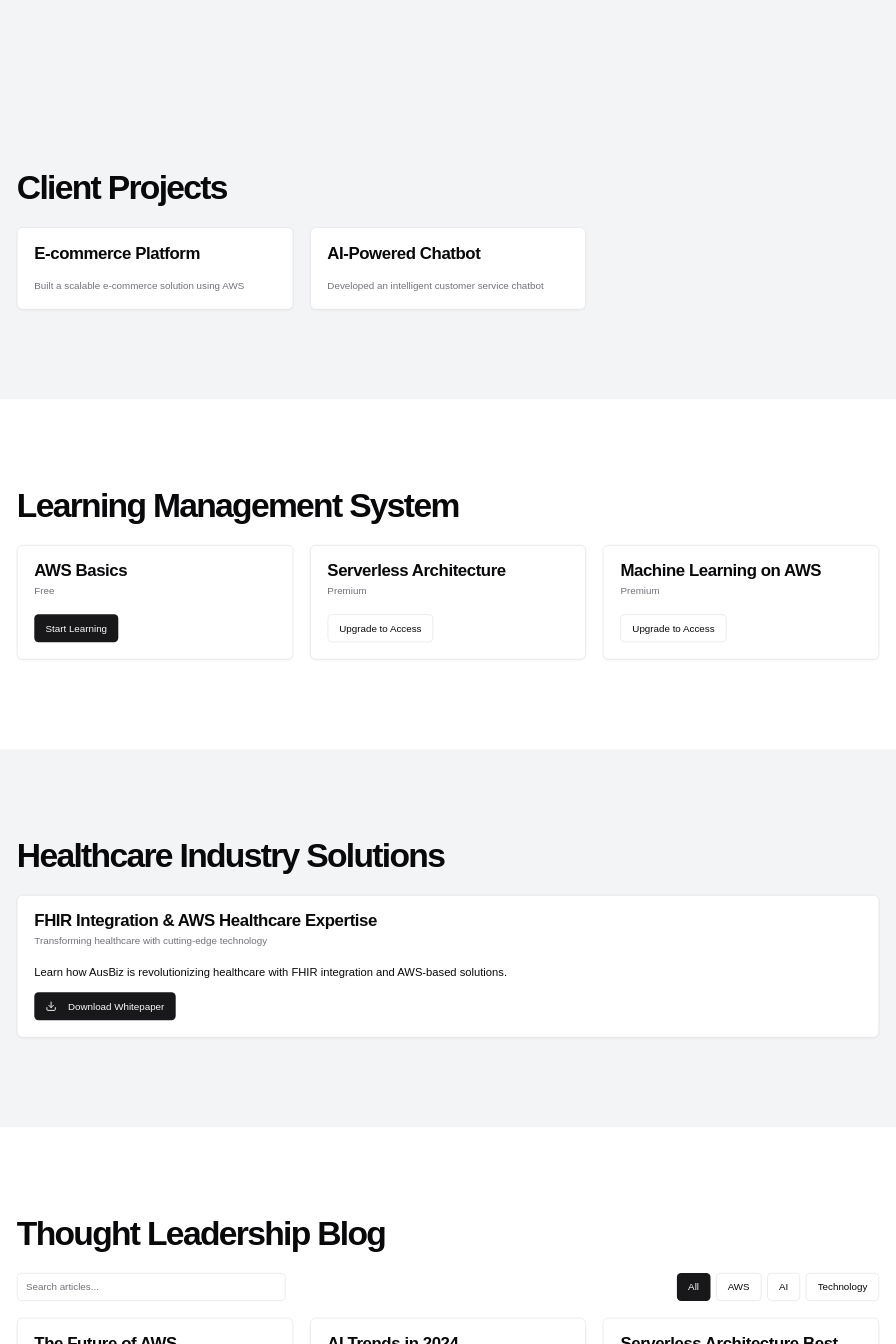
Repository: DiwanMalla/ausbizdemo1
Page: /
An editor plug-in stored every save of this project. The page is shown before and after the next save, followed by the edit.
The browser window is 1280 px wide. The pictures show the part of the page from y = 1938 to 3858 px (the page is 5741 px tall before and 5745 px after), at 70% of full size.
The project was rebuilt for these pictures with package versions that can differ from the ones it lists, and the page was loaded fresh each time. The framework's server and built-in components were replaced by stand-ins that run in the browser. Also part of the build but not shown: next.config.ts.

Above is the page before, as saved 2024-11-09 18:40:08.

After the next save:
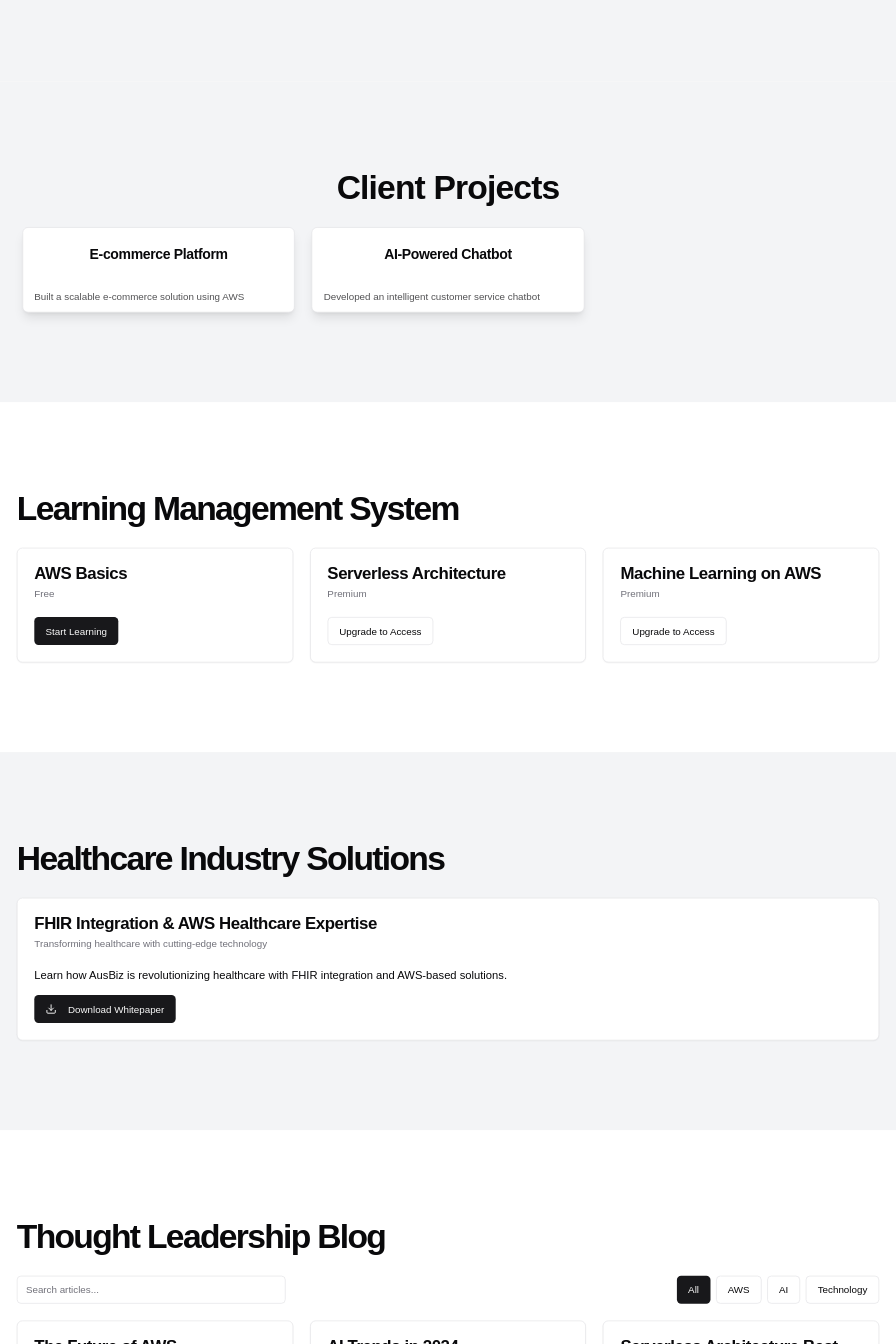
Saved 52 s later.
--- a/components/ClientProject.tsx
+++ b/components/ClientProject.tsx
@@ -29,27 +29,33 @@ export default function ClientProjects() {
 
   return (
     <section className="w-full py-12 md:py-24 lg:py-32 bg-gray-100 dark:bg-gray-800">
-      <div className="container px-4 md:px-6">
-        <h2 className="text-3xl font-bold tracking-tighter sm:text-4xl md:text-5xl mb-8">
+      <div className="container mx-auto px-6 md:px-8">
+        <h2 className="text-3xl font-bold tracking-tight sm:text-4xl md:text-5xl mb-8 text-center text-foreground">
           Client Projects
         </h2>
         <div className="grid gap-6 sm:grid-cols-2 lg:grid-cols-3">
           {projects.map((project, index) => (
             <Card
               key={index}
-              className="cursor-pointer"
+              className="cursor-pointer rounded-lg bg-white shadow-lg hover:shadow-xl transition-all duration-300 transform hover:scale-105"
               onClick={() => setExpandedProject(index)}
             >
-              <CardHeader>
-                <CardTitle>{project.title}</CardTitle>
+              <CardHeader className="p-6 text-center">
+                <CardTitle className="text-xl font-semibold">
+                  {project.title}
+                </CardTitle>
               </CardHeader>
-              <CardContent>
-                <CardDescription>{project.description}</CardDescription>
+              <CardContent className="px-4 py-3">
+                <CardDescription className="text-sm text-foreground/70">
+                  {project.description}
+                </CardDescription>
                 {expandedProject === index && (
                   <div className="mt-4">
-                    <p>{project.details}</p>
+                    <p className="text-sm text-foreground/80">
+                      {project.details}
+                    </p>
                     <Button
-                      className="mt-2"
+                      className="mt-4 w-full text-white bg-indigo-600 hover:bg-indigo-700 transition-all duration-200"
                       onClick={(e) => {
                         e.stopPropagation();
                         setExpandedProject(null);
